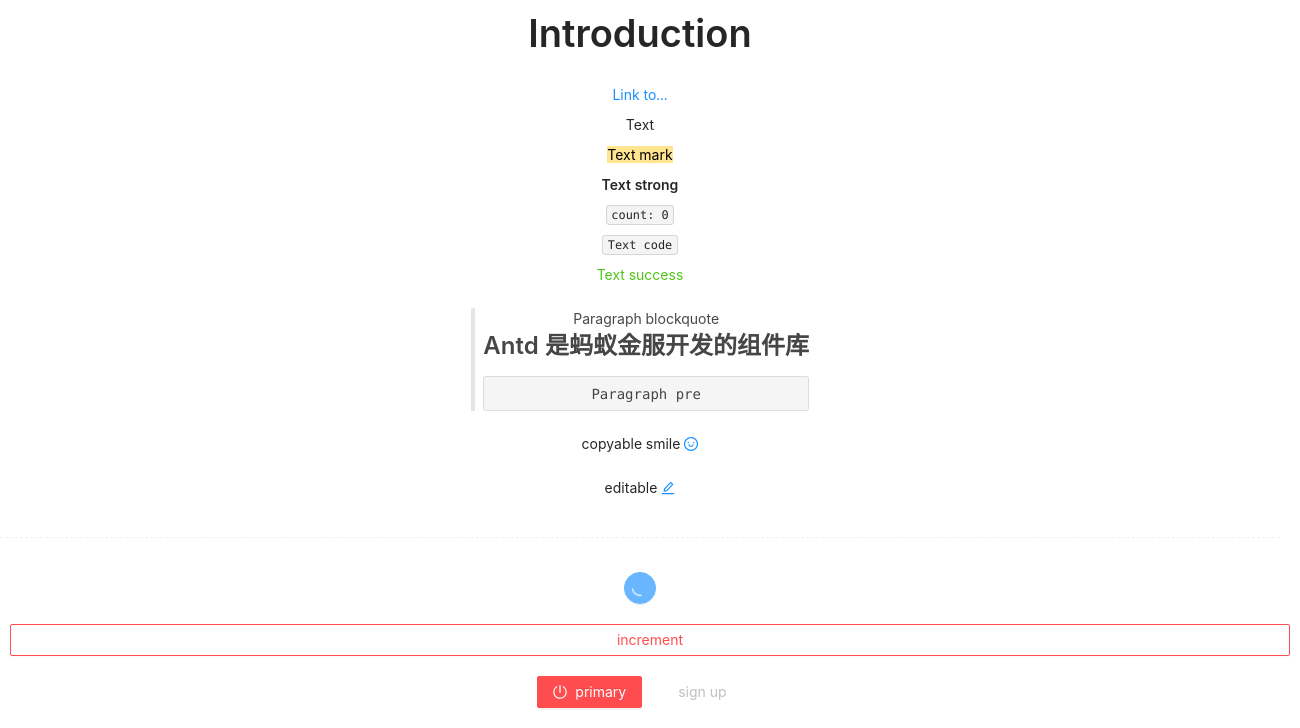
Repository: ErosHai/antd-demo
Page: /
The author's editor kept a copy of each file at every save. The page is drawn from the files as they stood at one save, then again after a run of saves.
The browser window is 1280 px wide. The page is 1300 px wide, so the pictures cover 1300 px, including what lies to the right of the window. The pictures show the whole page.
The project was rebuilt for these pictures with package versions that can differ from the ones it lists, and the page was loaded fresh each time.

Above is the page before, as saved 2022-04-12 16:19:17.

After the next 3 saves:
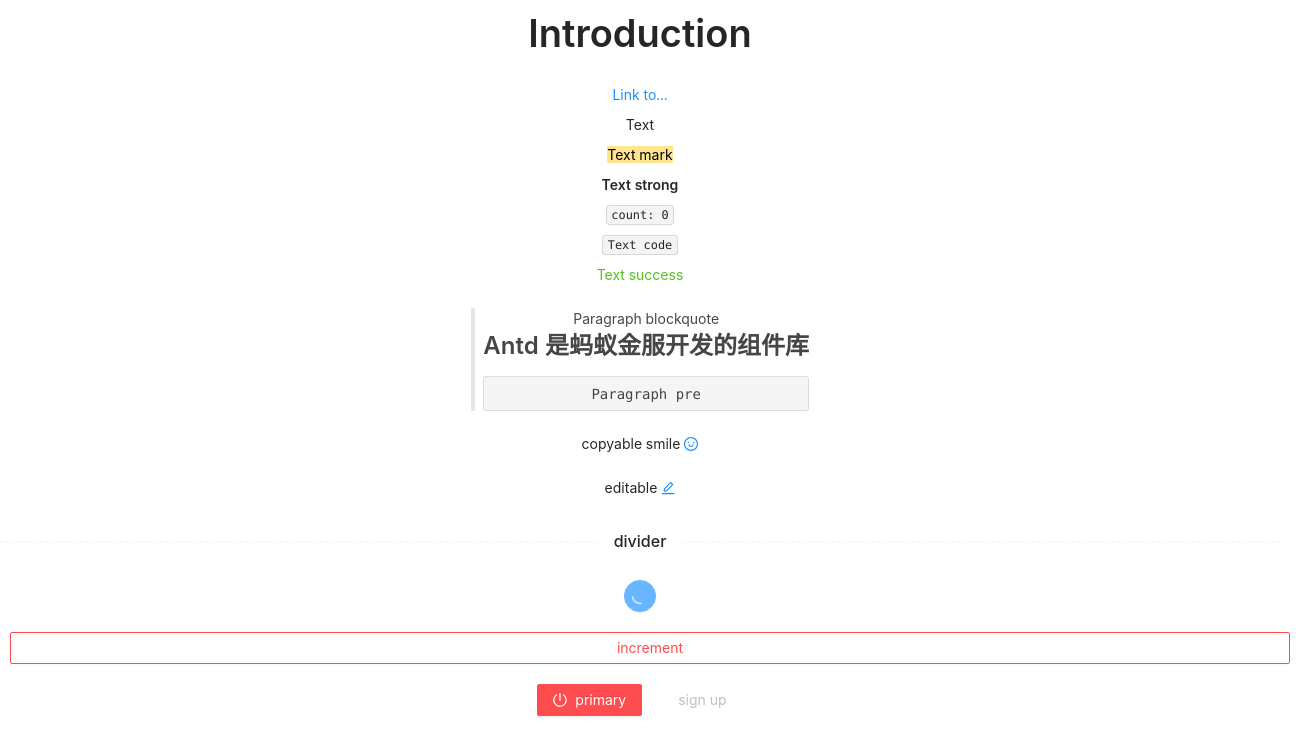
The 3 saves are shown as one change because 2 did not build or start.
The last was saved 108 s later.
--- a/src/App.js
+++ b/src/App.js
@@ -46,7 +46,7 @@ function App() {
 				</Paragraph>
 			</Space>
 
-			<Divider dashed />
+			<Divider dashed> divider </Divider>
 			<Tooltip title="search">
 				<Button
 					type="primary"
